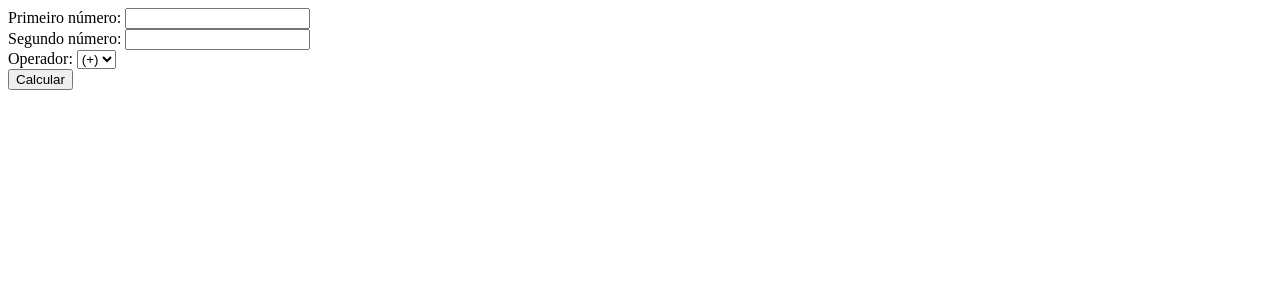
Repository: babirms/DAC
Page: Calculadora/WebContent/home.html
An editor plug-in stored every save of this project. The page is shown before and after the next save, followed by the edit.
The browser window is 1280 px wide. The pictures show the whole page.

Above is the page before, as saved 2020-09-20 21:39:38.

After the next save:
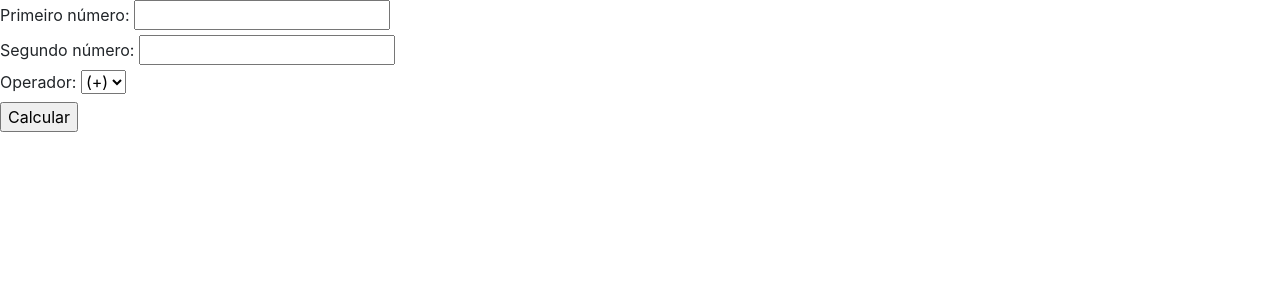
Console error (its wording comes from the project's code and is left out).
Saved 11 min 15 s later.
--- a/Calculadora/WebContent/home.html
+++ b/Calculadora/WebContent/home.html
@@ -3,6 +3,8 @@
 <head>
 <meta charset="ISO-8859-1">
 <title>Calculadora - Página Inicial</title>
+<link href="bootstrap/css/bootstrap.min.css" rel="stylesheet" type="text/css" />
+<script type="text/javascript" src="bootstrap/js/bootstrap.min.js"></script>
 </head>
 <body>
 <form action="CalculadoraServlet" method="get">
